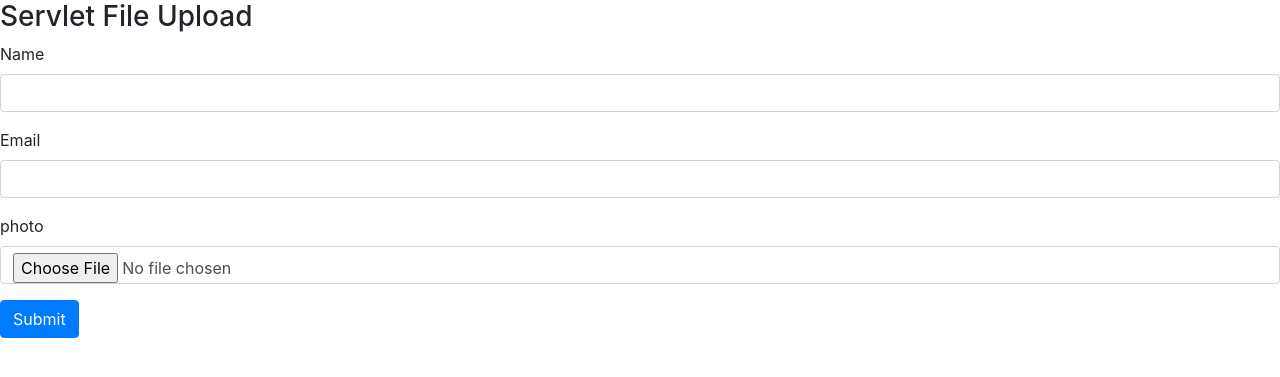
Repository: hnineiphyu-128/JavaEE_Exeercise_Lession
Page: http://localhost/07-Servlet-FileUpload/
An editor plug-in stored every save of this project. The page is shown before and after the next save, followed by the edit.
The browser window is 1280 px wide. The pictures show the whole page.
The page is served by Tomcat 9.

Above is the page before, as saved 2020-12-21 09:42:52.

After the next save:
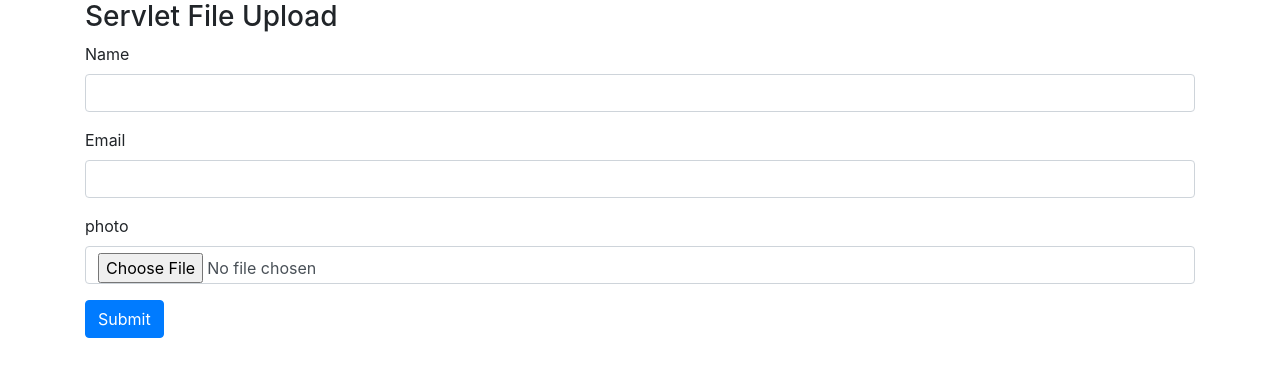
Saved 2 min 20 s later.
--- a/07-Servlet-FileUpload/src/main/webapp/index.jsp
+++ b/07-Servlet-FileUpload/src/main/webapp/index.jsp
@@ -17,23 +17,28 @@
 </head>
 <body>
 
-	<h3>Servlet File Upload</h3>
-	<c:url value="/register" var="action"></c:url>
-	<form action="${action}" method="post" enctype="multipart/form-data">
-		<div class="mb-3">
-			<label for="name" class="form-label">Name</label>
-			<input type="text" class="form-control" id="name" name="name" required="required">
+	<div class="container">
+	<div class="row">
+		<div class="col">
+			<h3>Servlet File Upload</h3>
+			<c:url value="/register" var="action"></c:url>
+			<form action="${action}" method="post" enctype="multipart/form-data">
+				<div class="mb-3">
+					<label for="name" class="form-label">Name</label>
+					<input type="text" class="form-control" id="name" name="name" required="required">
+				</div>
+				<div class="mb-3">
+					<label for="email" class="form-label">Email</label>
+					<input type="email" class="form-control" id="email" name="email" required="required">
+				</div>
+				<div class="mb-3">
+					<label for="photo" class="form-label">photo</label>
+					<input type="file" class="form-control" id="photo" name="photo" required="required">
+				</div>
+				<button type="submit" class="btn btn-primary">Submit</button>
+			</form>
 		</div>
-		<div class="mb-3">
-			<label for="email" class="form-label">Email</label>
-			<input type="email" class="form-control" id="email" name="email" required="required">
-		</div>
-		<div class="mb-3">
-			<label for="photo" class="form-label">photo</label>
-			<input type="file" class="form-control" id="photo" name="photo" required="required">
-		</div>
-		<button type="submit" class="btn btn-primary">Submit</button>
-	</form>
-
+	</div>
+	</div>
 </body>
 </html>
